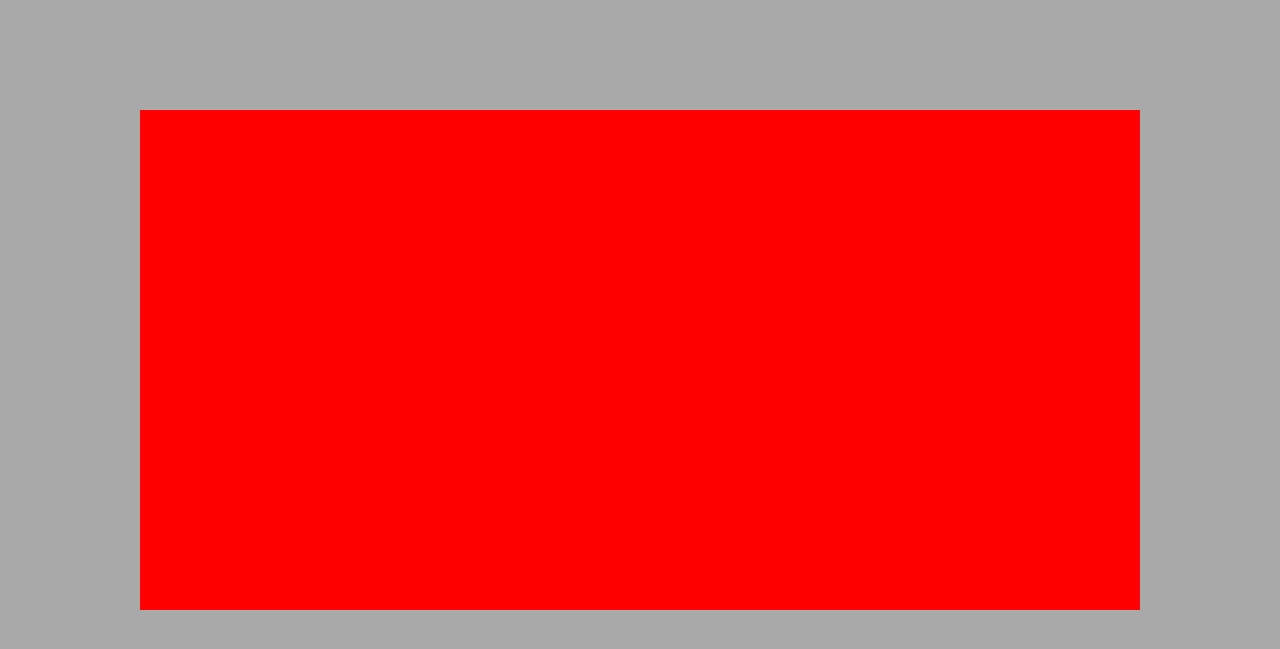
Repository: Dawid-Krasik/Ping-Pong.JS
Page: index.html
An editor plug-in stored every save of this project. The page is shown before and after the next save, followed by the edit.
The browser window is 1280 px wide. The pictures show the whole page.

Above is the page before, as saved 2019-09-22 18:00:56.

After the next save:
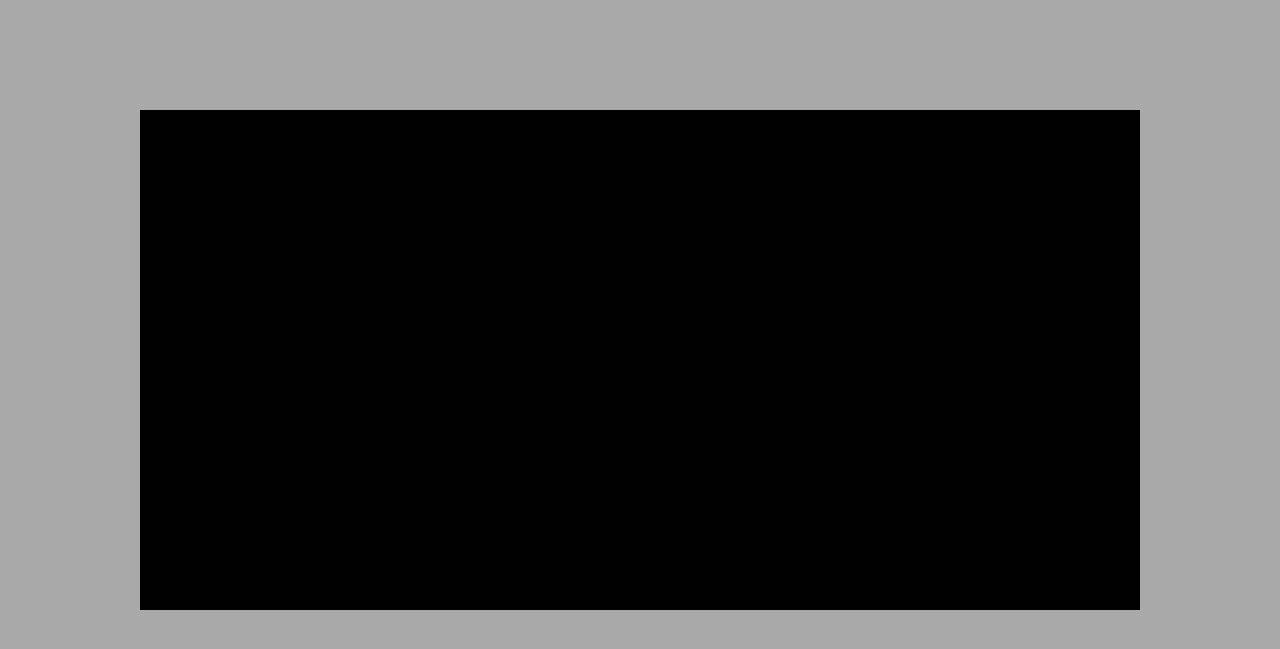
Saved 7 min 7 s later.
--- a/script.js
+++ b/script.js
@@ -8,7 +8,7 @@
 const ch = canvas.height;
 
 function table(){
-    ctx.fillStyle = 'red';
+    ctx.fillStyle = 'black';
     ctx.fillRect(0,0, cw, ch);
 }
 table()
